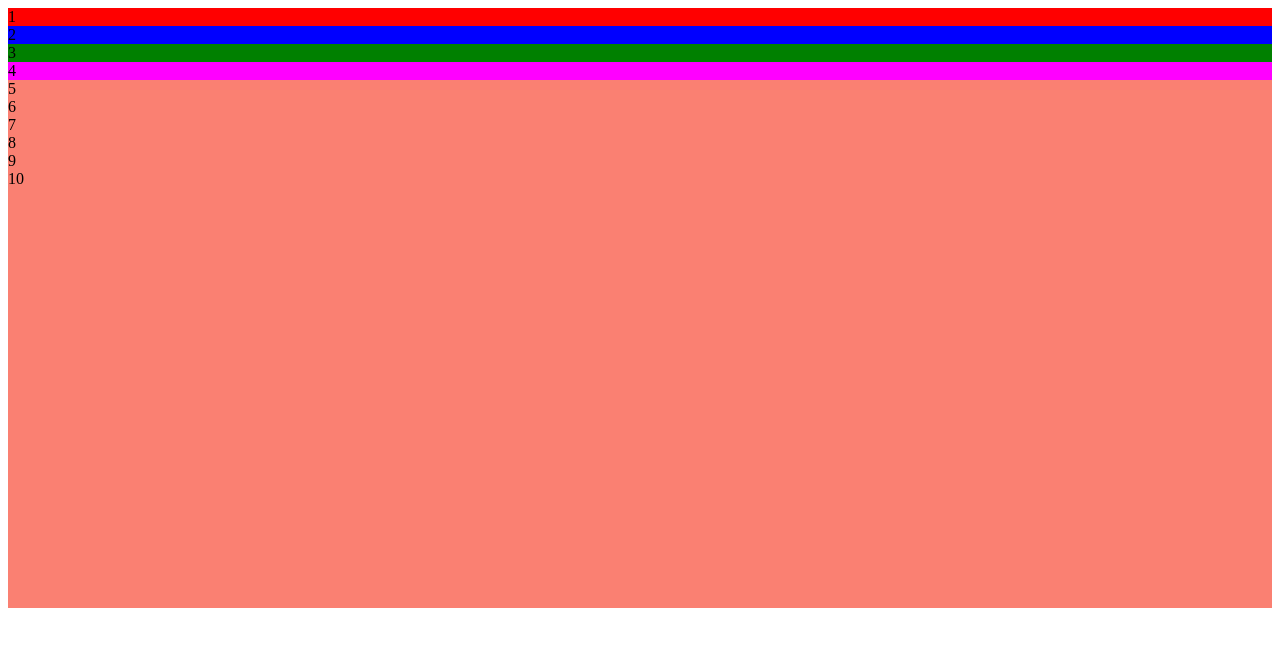
Repository: DinkarRavi/Dinkar_Coding
Page: 22aug24/grid.html
The author's editor kept a copy of each file at every save. The page is drawn from the files as they stood at one save, then again after the next save.
The browser window is 1280 px wide. The pictures show the whole page.

Above is the page before, as saved 2024-08-22 14:58:23.

After the next save:
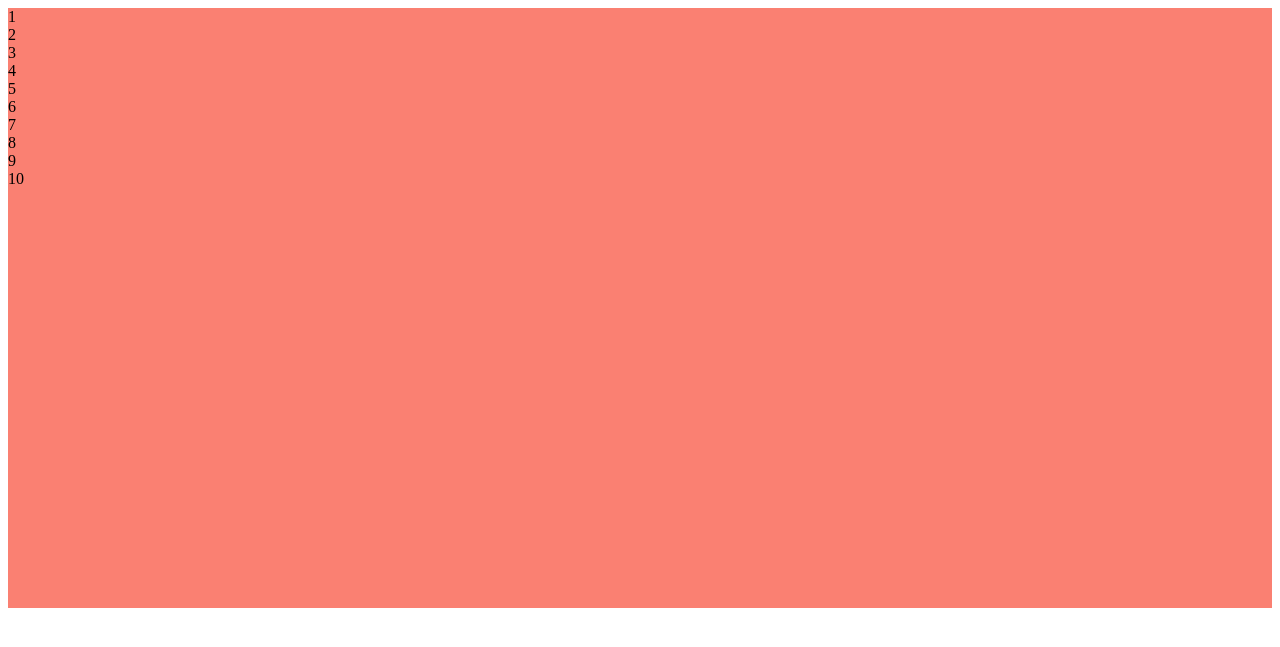
Saved 50 s later.
--- a/22aug24/grid.css
+++ b/22aug24/grid.css
@@ -6,7 +6,7 @@
 height: 600px;
 
 }
-div{
+# div{
 div:nth-child(1) {
   background: red;
 }

After the 5 saves that followed:
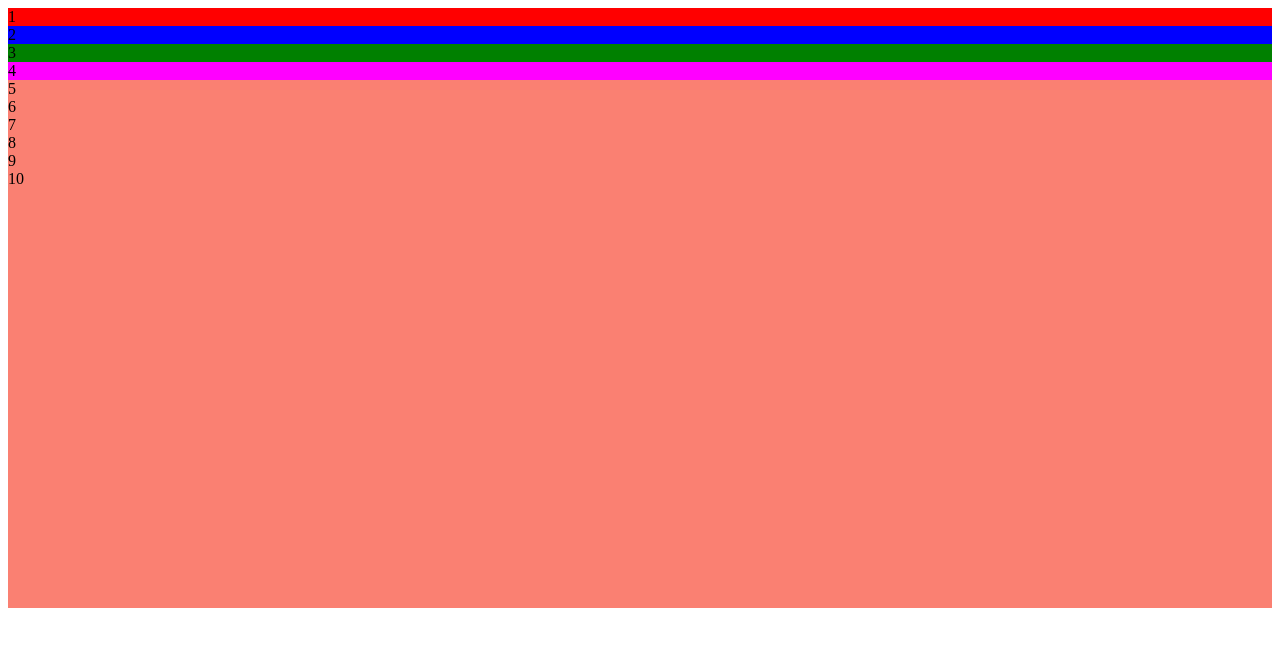
The 5 saves are shown as one change because 2 left the picture as it was and some came seconds apart.
The last was saved 84 s later.
--- a/22aug24/grid.css
+++ b/22aug24/grid.css
@@ -6,11 +6,11 @@
 height: 600px;
 
 }
-# div{
+div{
 div:nth-child(1) {
   background: red;
 }
-div:nth-child(2) {
+div:nth-of-type(2) {
     background: blue;
   }
   div:nth-child(3) {
